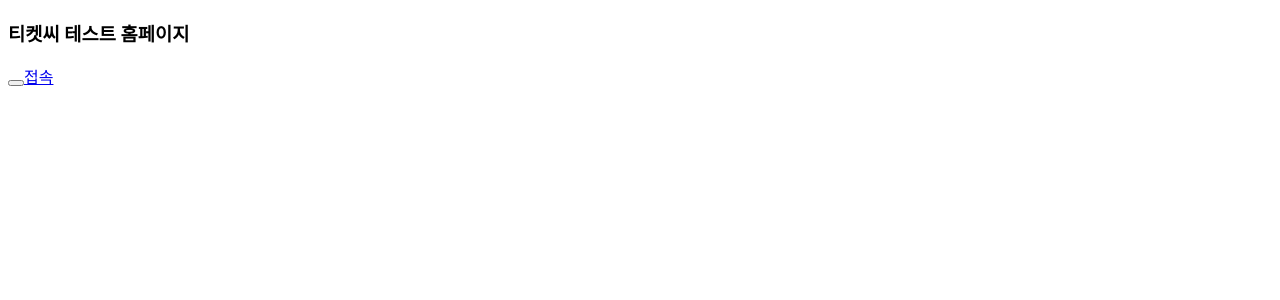
Repository: ONG-YG/Ticket_Sea
Page: http://localhost/TicketSeaMVC/
An editor plug-in stored every save of this project. The page is shown before and after the next save, followed by the edit.
The browser window is 1280 px wide. The pictures show the whole page.
The page is served by Tomcat 9.

Above is the page before, as saved 2018-10-23 09:52:34.

### TicketSeaMVC/WebContent/index.jsp
<%@ page language="java" contentType="text/html; charset=UTF-8"
    pageEncoding="UTF-8"%>
<!DOCTYPE html PUBLIC "-//W3C//DTD HTML 4.01 Transitional//EN" "http://www.w3.org/TR/html4/loose.dtd">
<html>
<head>
<meta http-equiv="Content-Type" content="text/html; charset=UTF-8">
<title>Insert title here</title>
</head>
<body>
<h3>티켓씨 테스트 홈페이지</h3>
<button></button><a href="views/main/mainPage">접속</a>

</body>
</html>

After the next save:
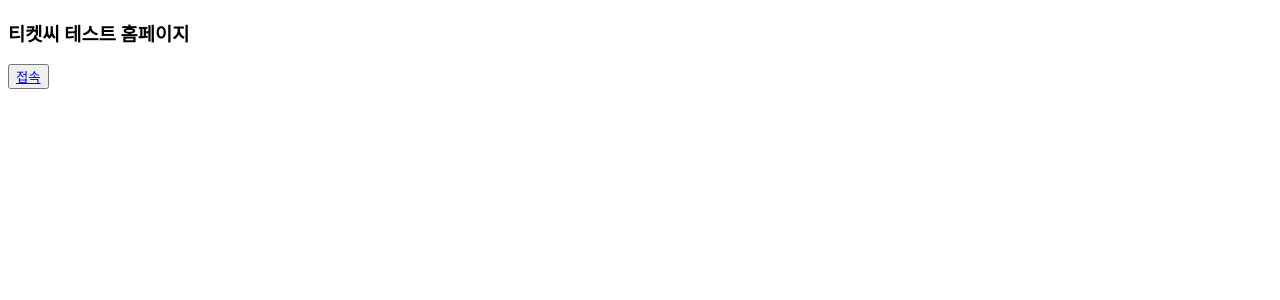
Saved 8 s later.
--- a/TicketSeaMVC/WebContent/index.jsp
+++ b/TicketSeaMVC/WebContent/index.jsp
@@ -8,7 +8,7 @@
 </head>
 <body>
 <h3>티켓씨 테스트 홈페이지</h3>
-<button></button><a href="views/main/mainPage">접속</a>
+<button><a href="views/main/mainPage">접속</a></button>
 
 </body>
 </html>
